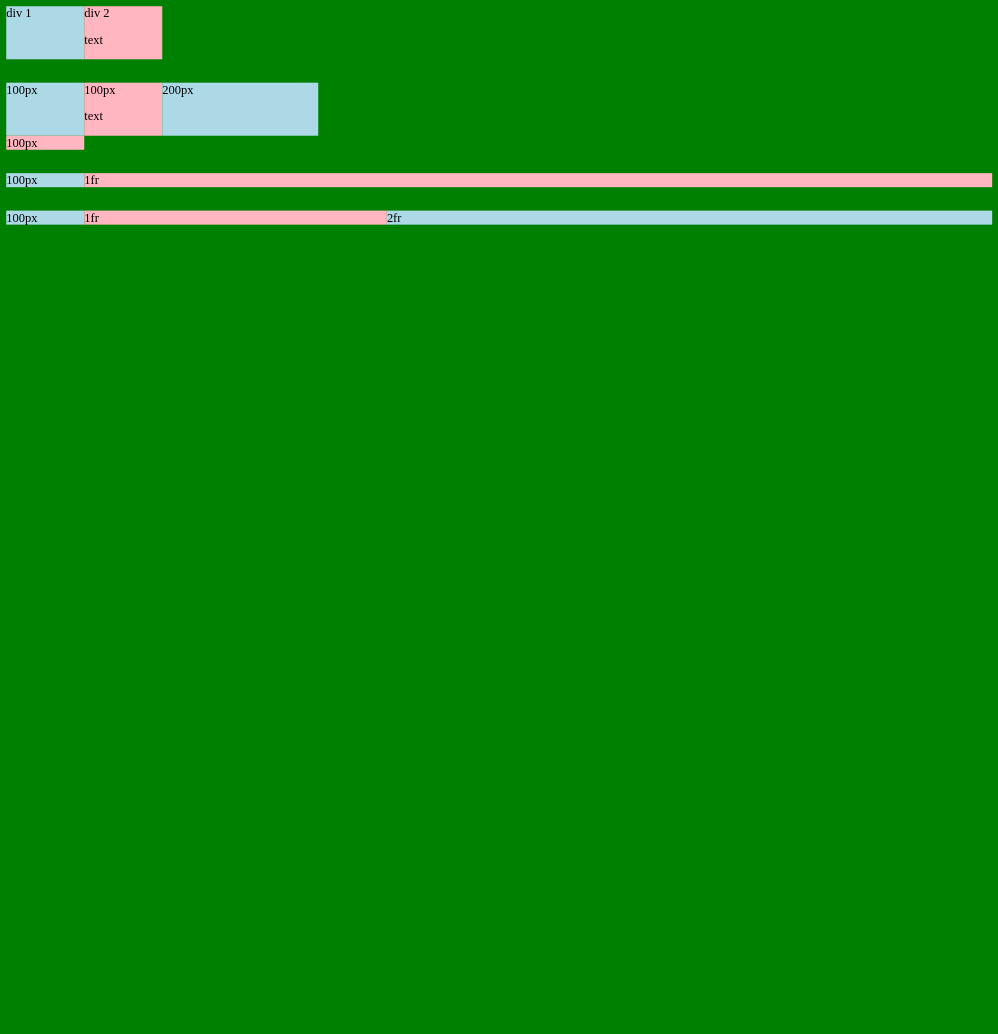
Repository: knowledgeAlan/html-css-eleven
Page: grid.html
The author's editor kept a copy of each file at every save. The page is drawn from the files as they stood at one save, then again after the next save.
The browser window is 1280 px wide. The pictures show the whole page, at 78% of full size.

Above is the page before, as saved 2024-03-08 18:44:07.

After the next save:
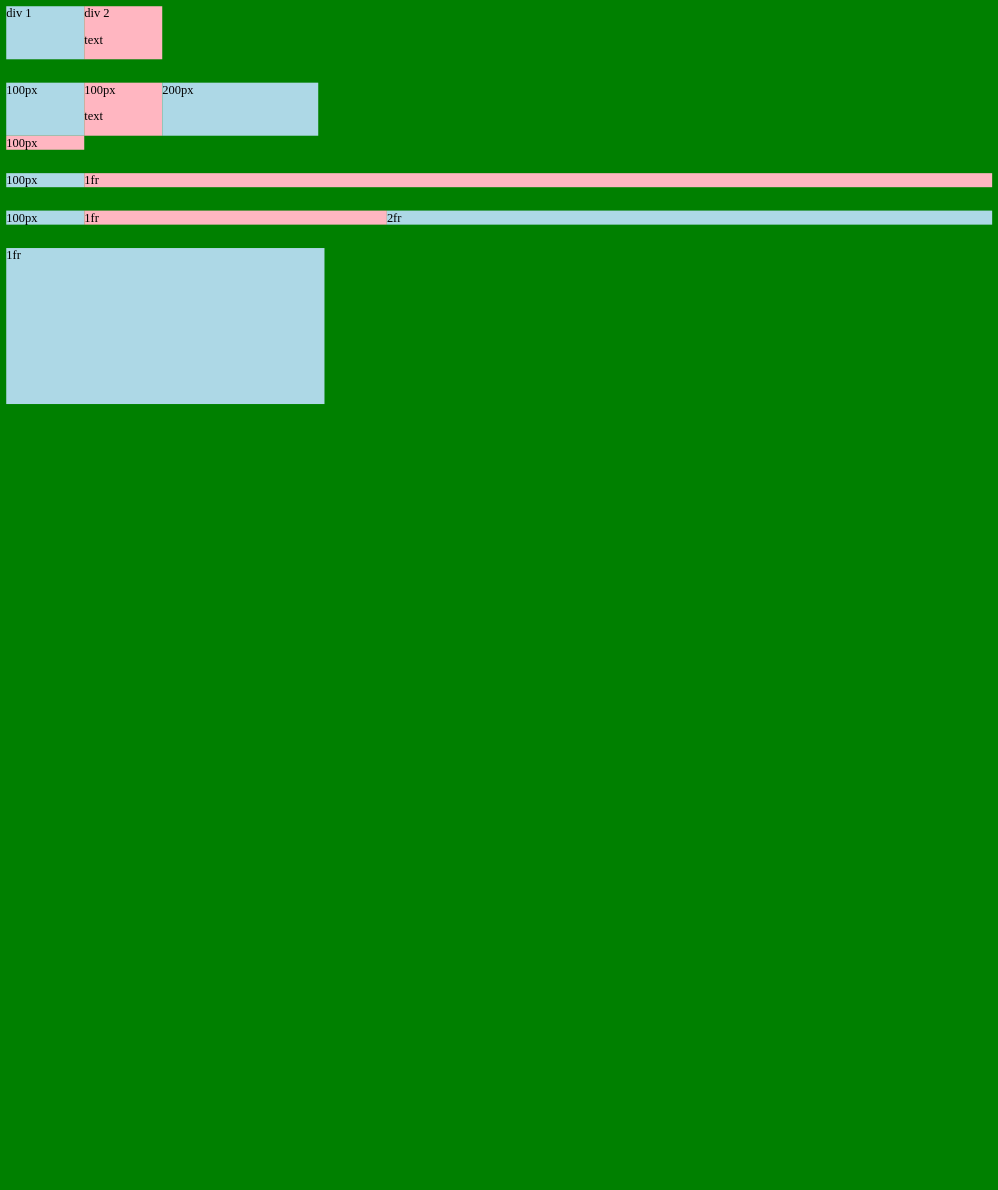
Saved 30 s later.
--- a/grid.html
+++ b/grid.html
@@ -60,6 +60,8 @@
             row-gap: 40px;
         ">
 
+            <div style="background-color: lightblue; height: 200px;">1fr</div>
+
         </div>
 
     </body>
